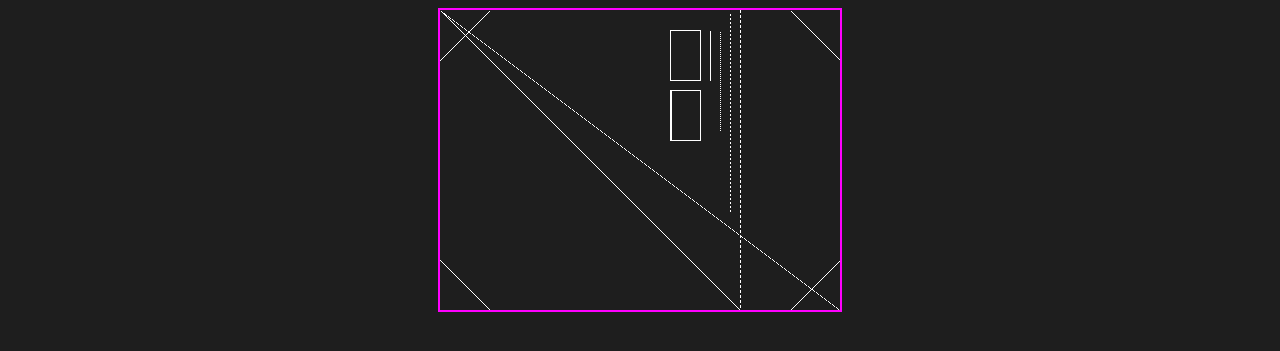
Repository: StarLightGX/miao
Page: paint.html
These files come from the project's save history. The page is drawn as it stood at one moment and after the next save; the edit follows.
The browser window is 1280 px wide. The pictures show the whole page.

Above is the page before, as saved 2020-11-12 20:46:48.

After the next save:
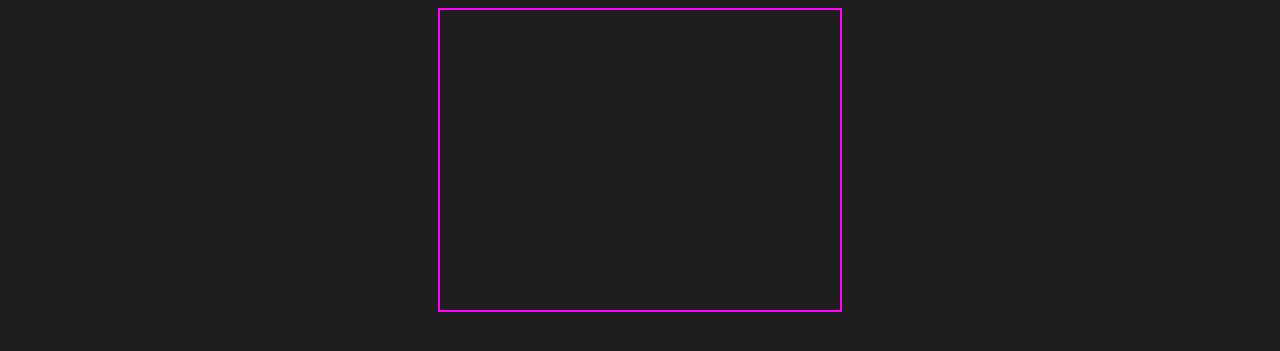
Console error: SyntaxError: Unexpected identifier 'y'
Saved 60 s later.
--- a/paint.html
+++ b/paint.html
@@ -215,6 +215,14 @@
       x = 231;
       dot(x, y);
     }
+    y = 80;
+    for (i = 0; i < 50; i++) {
+      for (x = 230; x < 260; x++ y++) {
+        y = y + 1 ;
+        x = x + 1;
+        dot(x, y);
+
+    }
 
     // 画一个rgb色彩空间的某一面
 

After the 2 saves that followed:
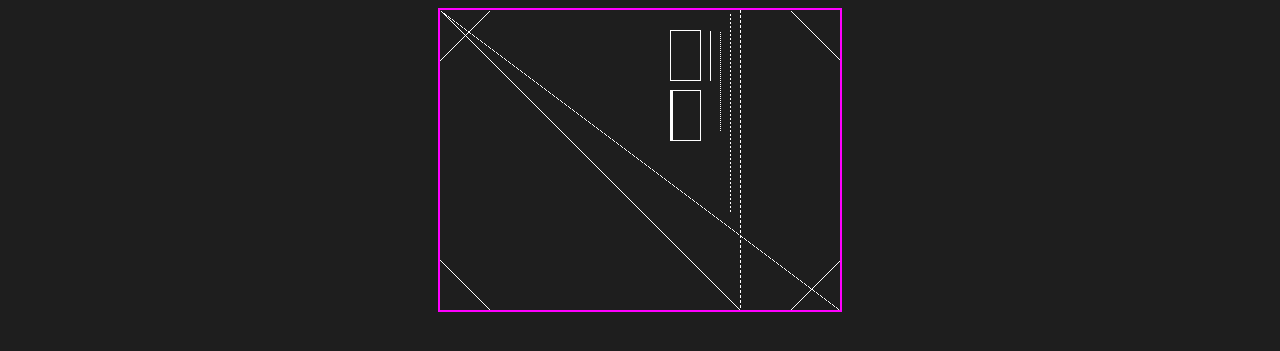
The error is gone.
The 2 saves are shown as one change because 1 left the picture as it was.
The last was saved 22 s later.
--- a/paint.html
+++ b/paint.html
@@ -217,11 +217,9 @@
     }
     y = 80;
     for (i = 0; i < 50; i++) {
-      for (x = 230; x < 260; x++ y++) {
-        y = y + 1 ;
-        x = x + 1;
-        dot(x, y);
-
+      y = y + 1;
+      x = 232;
+      dot(x, y);
     }
 
     // 画一个rgb色彩空间的某一面
